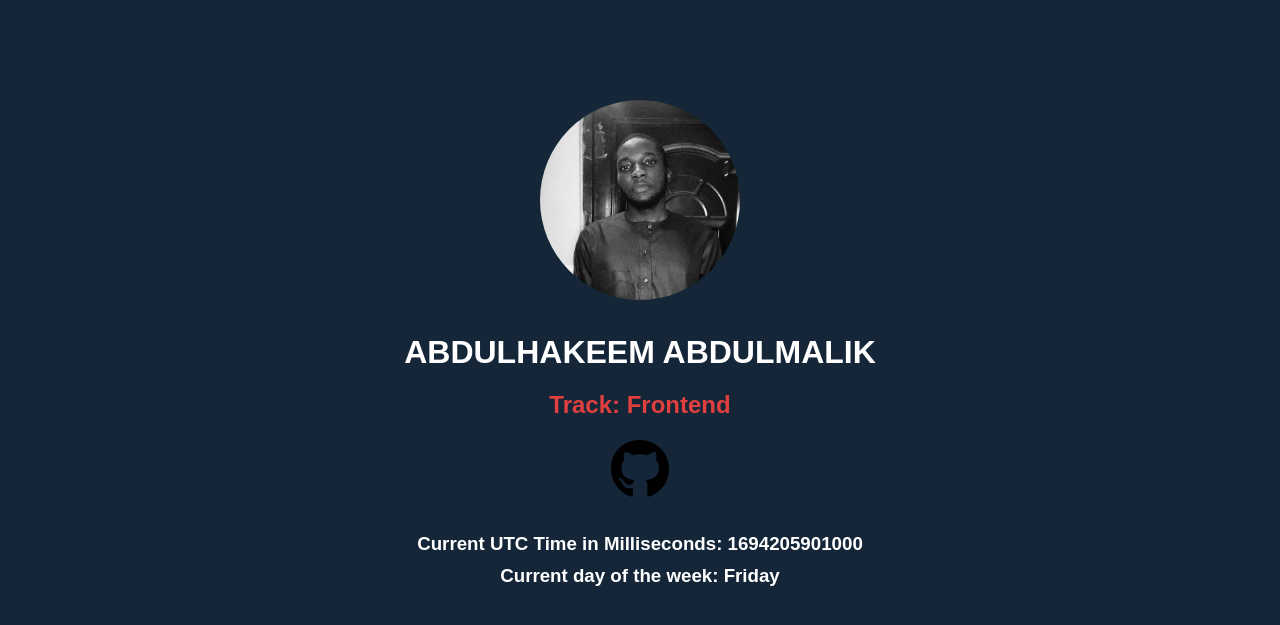
Repository: malikhakeem/HNG-TASK
Page: HNG-TASK1.html
An editor plug-in stored every save of this project. The page is shown before and after the next save, followed by the edit.
The browser window is 1280 px wide. The pictures show the whole page.

Above is the page before, as saved 2023-09-09 07:26:16.

After the next save:
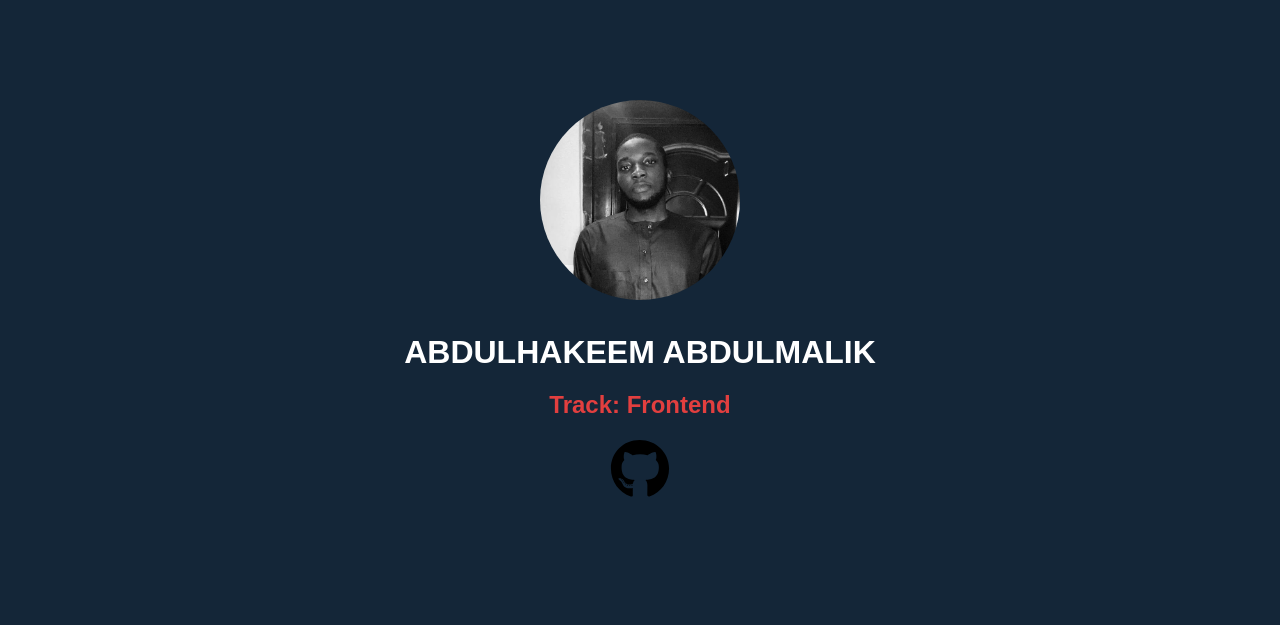
Console error: ReferenceError: currentTimeMillis is not defined
Saved 20 min 21 s later.
--- a/HNG-TASK.js
+++ b/HNG-TASK.js
@@ -2,17 +2,17 @@
 
 
 
-let currentTime = new Date();
-let currentTimeMillis = currentTime.getTime();
-let currentUTCTime = currentTime.toUTCString();
+// let currentTime = new Date();
+// let currentTimeMillis = currentTime.getTime();
+// let currentUTCTime = currentTime.toUTCString();
 
-console.log("Current time in milliseconds: " + currentTimeMillis);
-console.log("Current time in UTC: " + currentUTCTime);
+// console.log("Current time in milliseconds: " + currentTimeMillis);
+// console.log("Current time in UTC: " + currentUTCTime);
 
 
-//  setInterval(updateTime, 1000); // Run updateTime() every second
+// //  setInterval(updateTime, 1000); // Run updateTime() every second
 
 
-var dateObj = new Date()
-var weekday = dateObj.toLocaleString("default", { weekday: "long" })
-// weekday = "Saturday"
+// var dateObj = new Date()
+// var weekday = dateObj.toLocaleString("default", { weekday: "long" })
+// // weekday = "Saturday"
